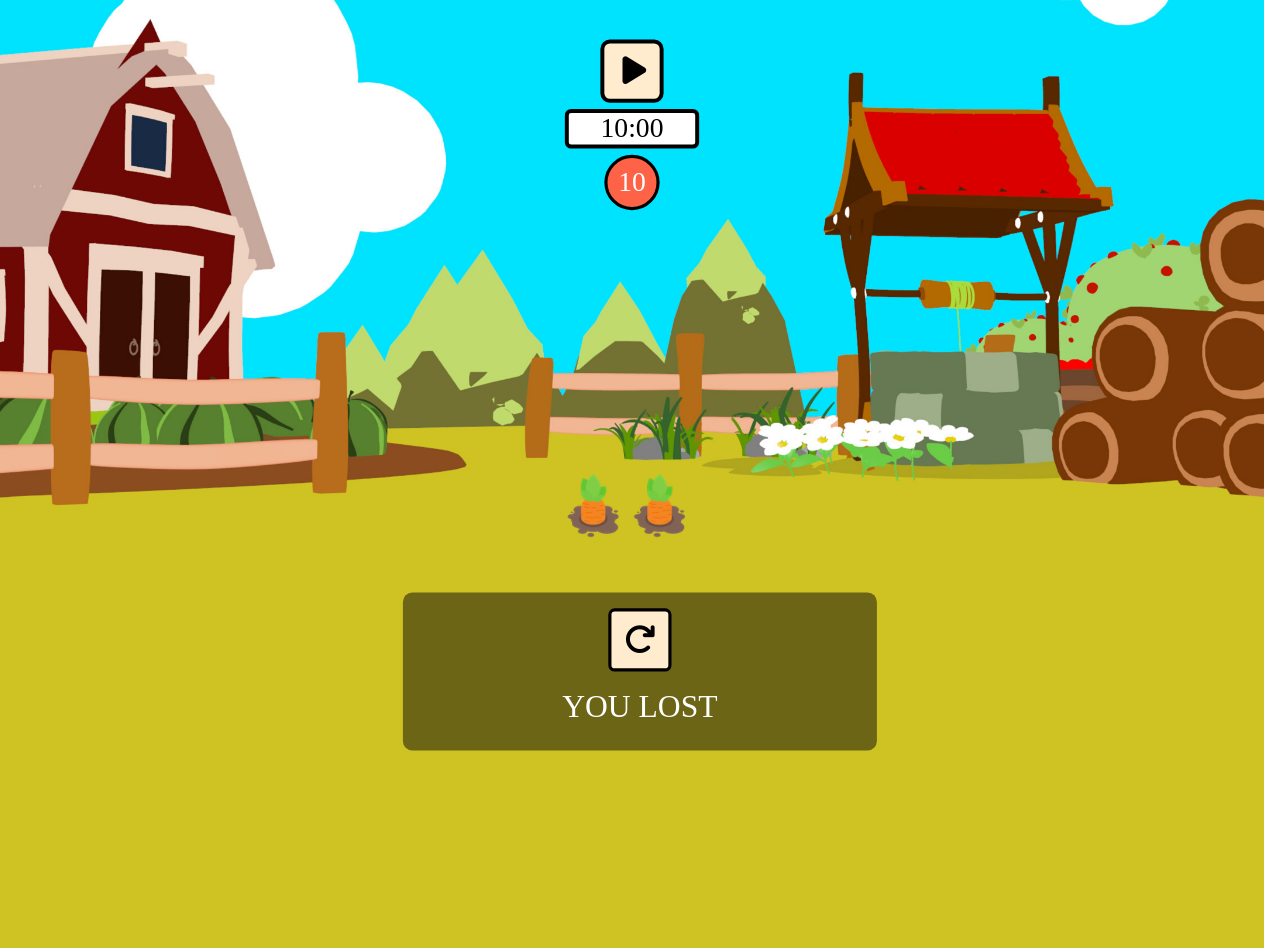
Repository: keehoonjung/Bug-Game
Page: index.html
These files come from the project's save history. The page is drawn as it stood at one moment and after the next save; the edit follows.
The browser window is 1280 px wide. The page is 1600 px wide, so the pictures cover 1600 px, including what lies to the right of the window. The pictures show the whole page, at 79% of full size.
Some web libraries are served in a nearby version.

Above is the page before, as saved 2021-08-10 11:15:45.

### index.html
<!DOCTYPE html>
<html lang="en">
<head>
    <meta charset="UTF-8">
    <meta http-equiv="X-UA-Compatible" content="IE=edge">
    <meta name="viewport" content="width=device-width, initial-scale=1.0">
    <title>Document</title>
    <link rel="stylesheet" href="style.css">
    <script src="main.js"></script>
    <script src="https://kit.fontawesome.com/a7a8d59961.js" crossorigin="anonymous"></script>
</head>
<body>
    <section class="container">
        <section class="header">
            <button class="play__btn">
                <i class="fas fa-play"></i>
            </button>
            <div class="timer">
                10:00
            </div>
            <div class="count">10</div>
        </section>
        <section class="playground">
            <img src="./img/carrot.png" alt="carrot">
            <img src="./img/carrot.png" alt="carrot">
        </section>
        <div class="popup">
            <button class="popup__btn">
                <i class="fas fa-redo"></i>
            </button>
            <div class="popup__message">YOU LOST</div>
        </div>
    </section>
</body>
</html>

### style.css
* {
  box-sizing: border-box;
}

body {
  margin: 0;
  text-align: center;
}

.container {
  background: center/ cover no-repeat url(/img/background.png);
  width: 1600px;
  height: 1200px;
  margin: auto;
}

.header {
  height: 600px;
  padding-top: 50px;
}

.play__btn {
  width: 80px;
  height: 80px;
  background-color: blanchedalmond;
  font-size: 40px;
  border: 5px solid black;
  border-radius: 12px;
  padding-left: 12px;
  margin-bottom: 8px;
}

.timer {
  margin: auto;
  width: 170px;
  height: 50px;
  border: 5px solid black;
  border-radius: 8px;
  font-size: 35px;
  background-color: white;
  margin-bottom: 8px;
}

.count {
  margin: auto;
  width: 70px;
  height: 70px;
  background-color: tomato;
  border: 4px solid black;
  border-radius: 50%;
  font-size: 35px;
  padding: 11px 0;
  color: white;
}

.playground {
  height: 600px;
  width: 100%;
}

.popup {
  position: absolute;
  top: 750px;
  left: 510px;
  width: 600px;
  height: 200px;
  background-color: rgba(9, 9, 9, 0.5);
  padding-top: 20px;
  border-radius: 12px;
}

.popup__btn {
  width: 80px;
  height: 80px;
  background-color: blanchedalmond;
  border: 4px solid black;
  border-radius: 8px;
  font-size: 40px;
  margin-bottom: 20px;
}

.popup__message {
  font-size: 40px;
  color: white;
}

Loaded but not shown: main.js (no copy from this time; the picture is the same without it)

After the next save:
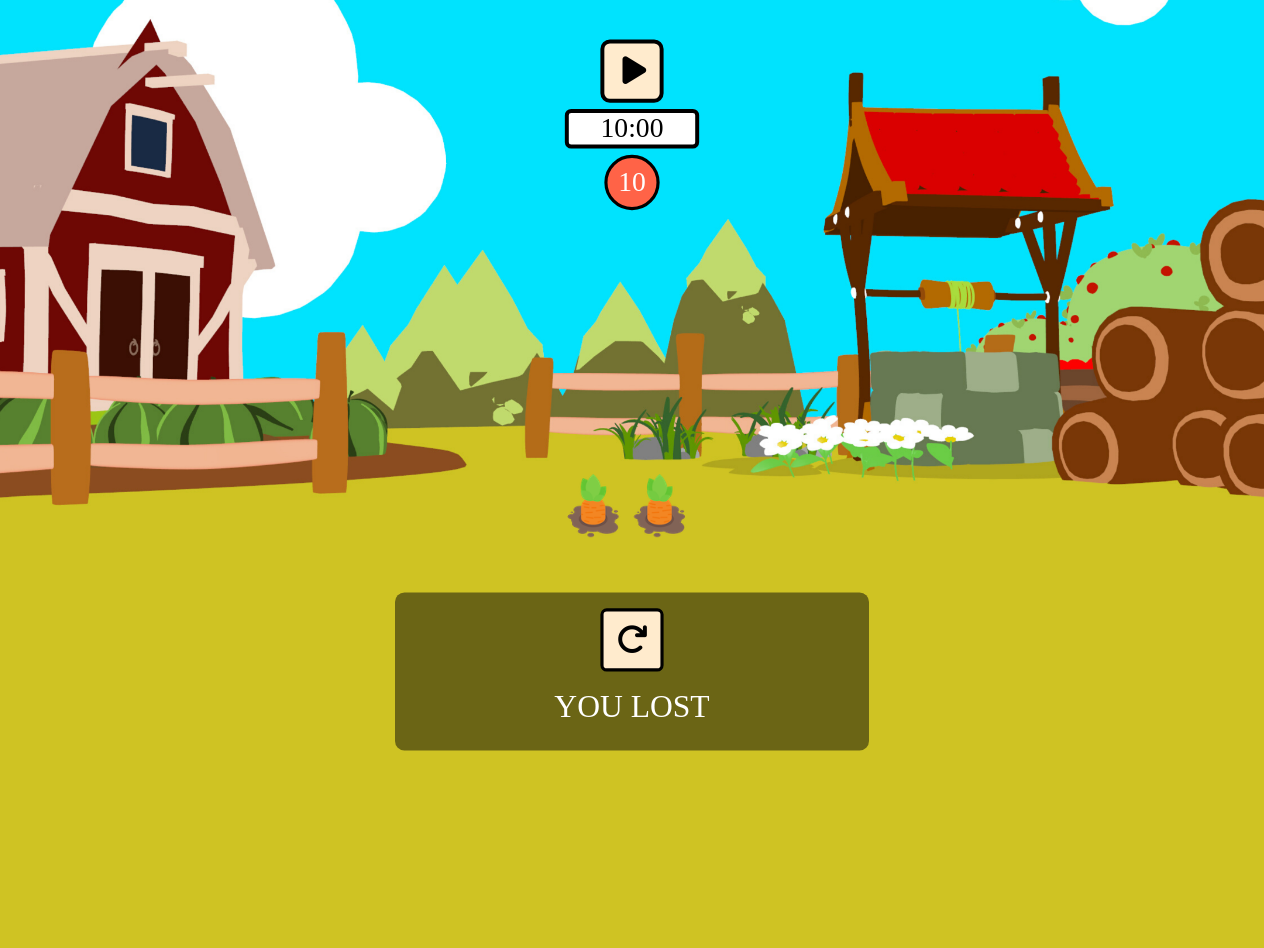
Saved 6 s later.
--- a/style.css
+++ b/style.css
@@ -61,7 +61,7 @@ body {
 .popup {
   position: absolute;
   top: 750px;
-  left: 510px;
+  left: 500px;
   width: 600px;
   height: 200px;
   background-color: rgba(9, 9, 9, 0.5);
